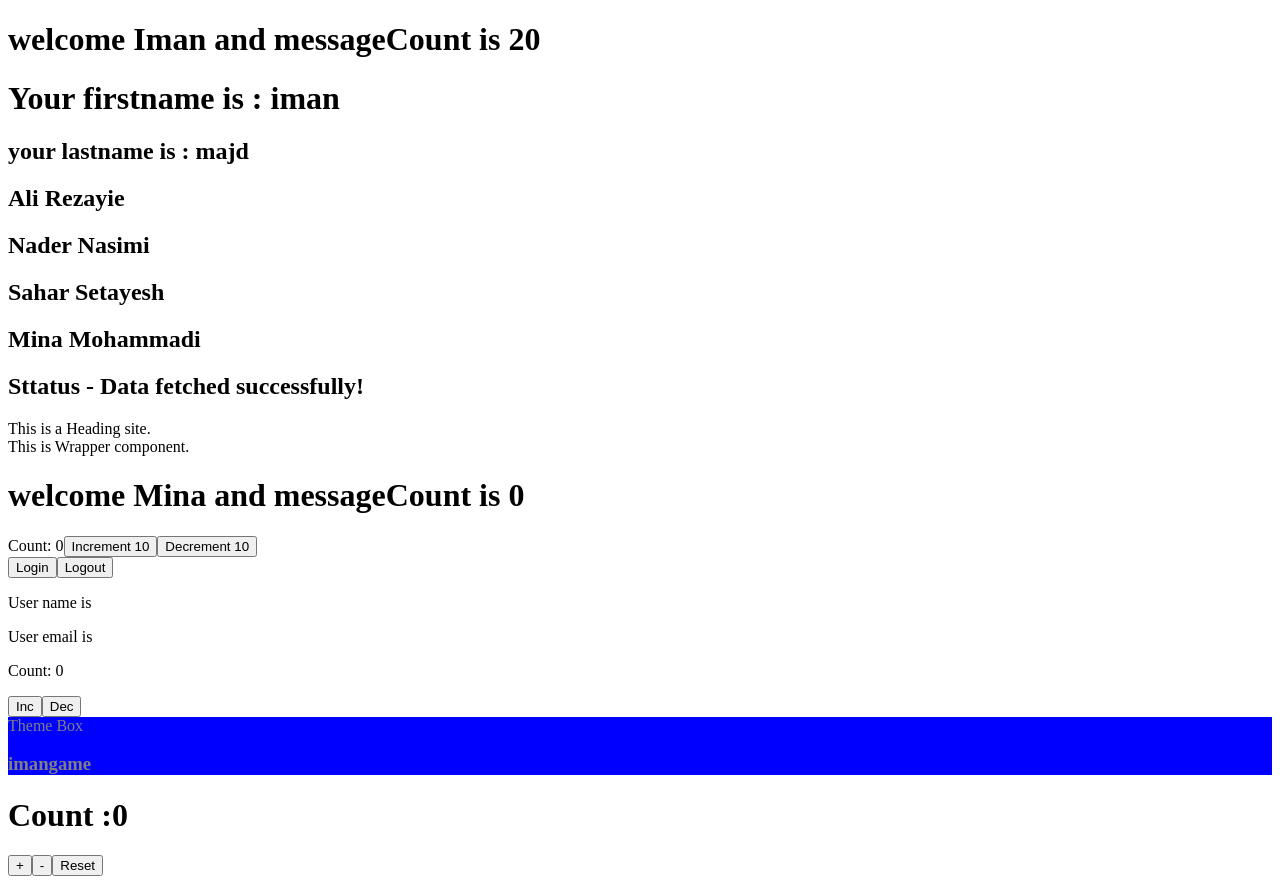
Repository: imangame2125/Typescript-learn-course
Page: /
The author's editor kept a copy of each file at every save. The page is drawn from the files as they stood at one save, then again after the next save.
The browser window is 1280 px wide. The pictures show the whole page.
The project was rebuilt for these pictures with package versions that can differ from the ones it lists, and the page was loaded fresh each time.

Above is the page before, as saved 2023-10-01 12:15:06.

After the next save:
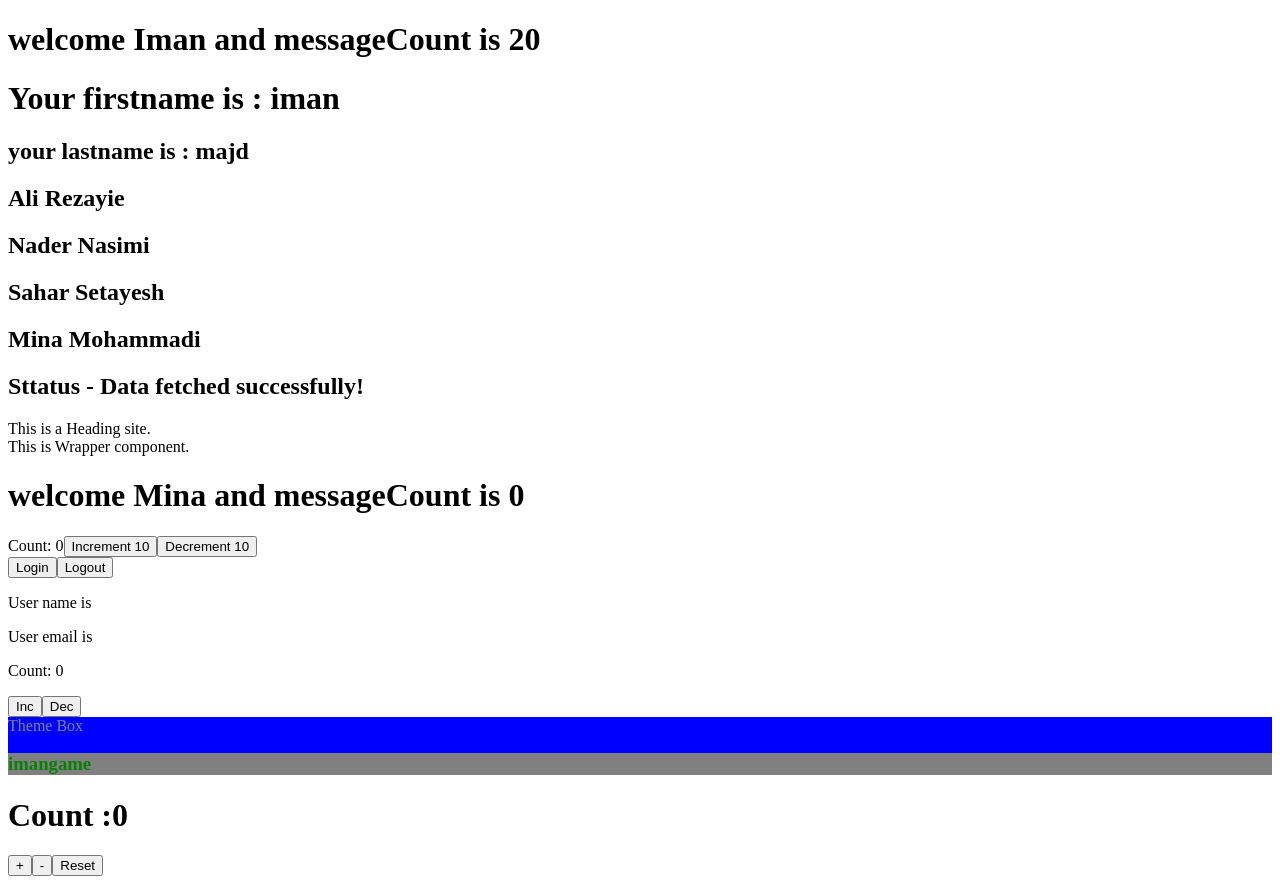
Saved 37 s later.
--- a/src/components/pages/Box.tsx
+++ b/src/components/pages/Box.tsx
@@ -9,7 +9,7 @@ const Box = () => {
     >
       Theme Box
 
-      <h3>imangame</h3>
+      <h3 style={{background:theme.secondary.main,color:theme.success.text}}>imangame</h3>
     </div>
   );
 };
